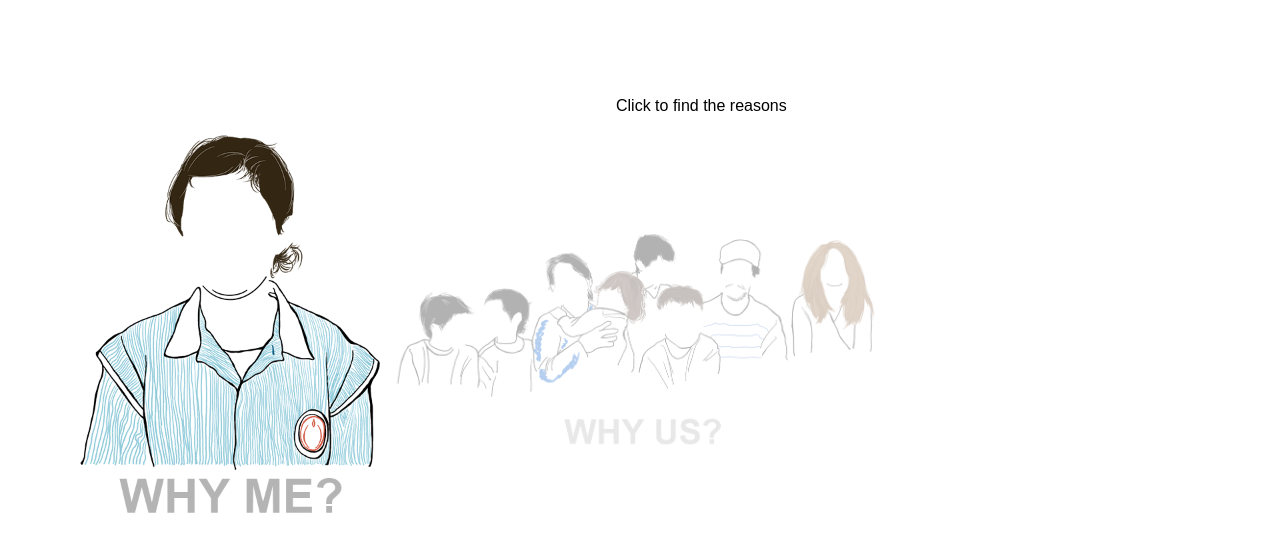
Repository: Lettie123/webpr4
Page: 04.html
An editor plug-in stored every save of this project. The page is shown before and after the next save, followed by the edit.
The browser window is 1280 px wide. The pictures show the whole page.
The pointer rests on the first visible `#r01`.

Above is the page before, as saved 2020-11-24 00:32:05.

After the next save:
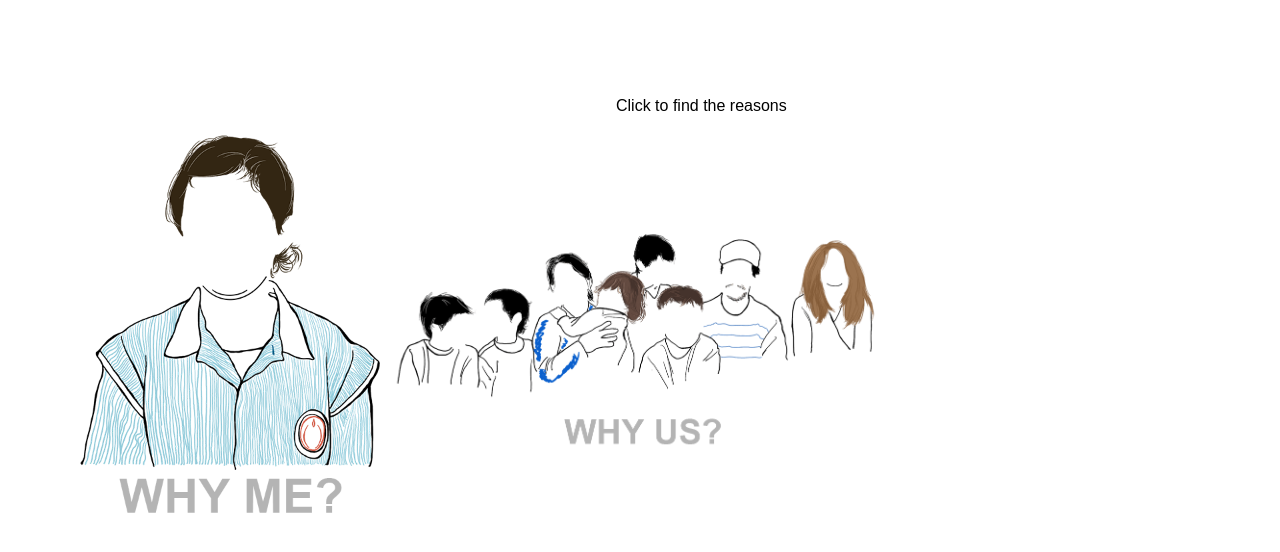
Saved 26 s later.
--- a/style05.css
+++ b/style05.css
@@ -17,7 +17,7 @@
     width: 400px;
     height: 400px;
 }
-#r01:hover ~ #r02 {
+#r01:hover #r02 {
      opacity: 0.3;
 }
 

After the save that followed:
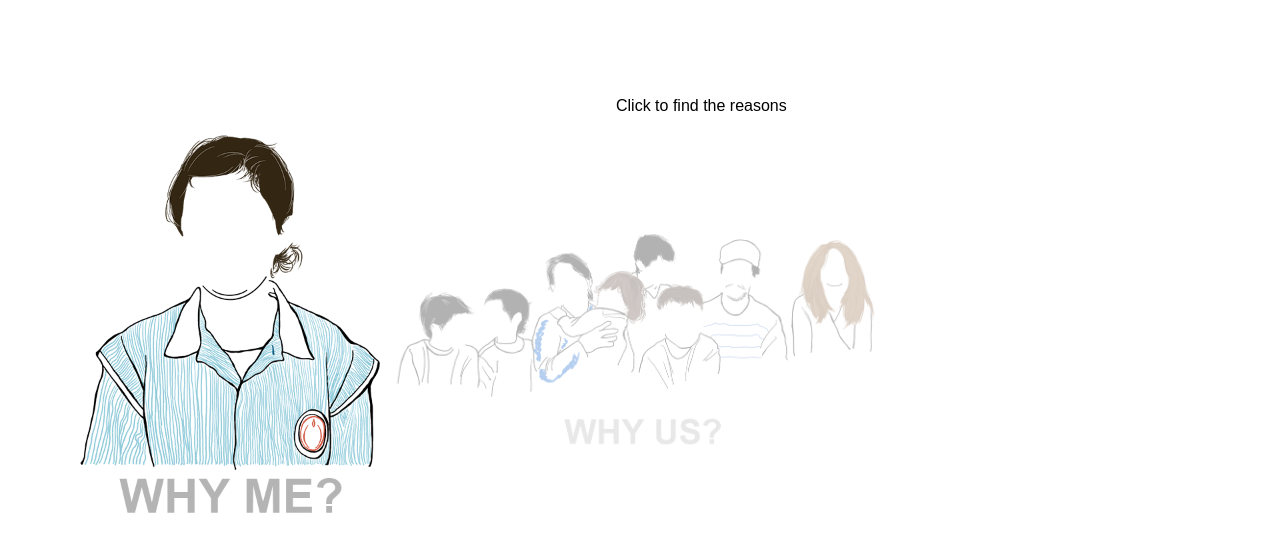
Saved 22 s later.
--- a/style05.css
+++ b/style05.css
@@ -17,7 +17,7 @@
     width: 400px;
     height: 400px;
 }
-#r01:hover #r02 {
+#r01:hover ~#r02 {
      opacity: 0.3;
 }
 
